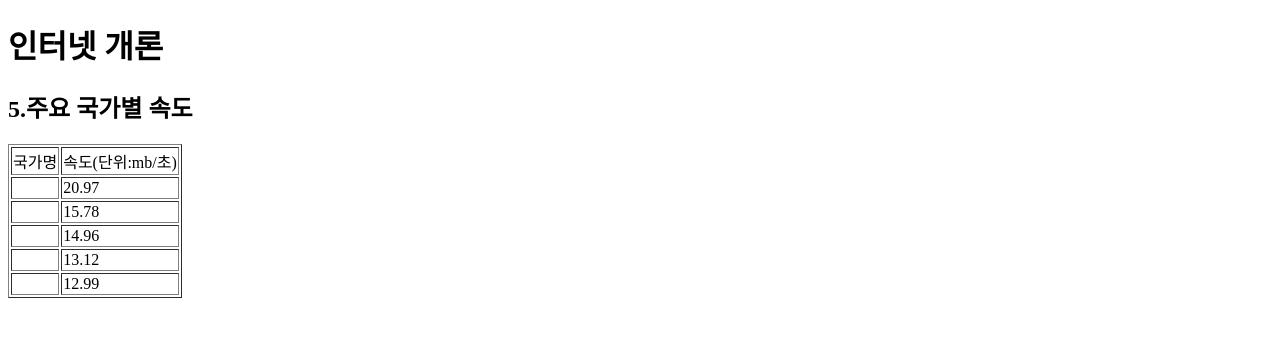
Repository: jeemaru/htme_01
Page: html_01/hw02/ex_03.html
An editor plug-in stored every save of this project. The page is shown before and after the next save, followed by the edit.
The browser window is 1280 px wide. The pictures show the whole page.

Above is the page before, as saved 2022-04-05 09:27:48.

### html_01/hw02/ex_03.html
<!DOCTYPE html>

<html>

	<head>
		<meta charset="UTF-8">
		<title>Insert title here</title>
	</head>

	<body>
		<h1>인터넷 개론</h1>

		<h2>5.주요 국가별 속도</h2>

		<table border="1">
			<tr>
				<td>국가명</td>
				<td>속도(단위:mb/초)</td>
			</tr>
			<tr>
				<td></td>
				<td>20.97</td>
			</tr>
			<tr>
				<td></td>
				<td>15.78</td>
			</tr>
			<tr>
				<td></td>
				<td>14.96</td>
			</tr>
			<tr>
				<td></td>
				<td>13.12</td>
			</tr>
			<tr>
				<td></td>
				<td>12.99</td>
			</tr>
		</table>
	</body>
</html>

After the next save:
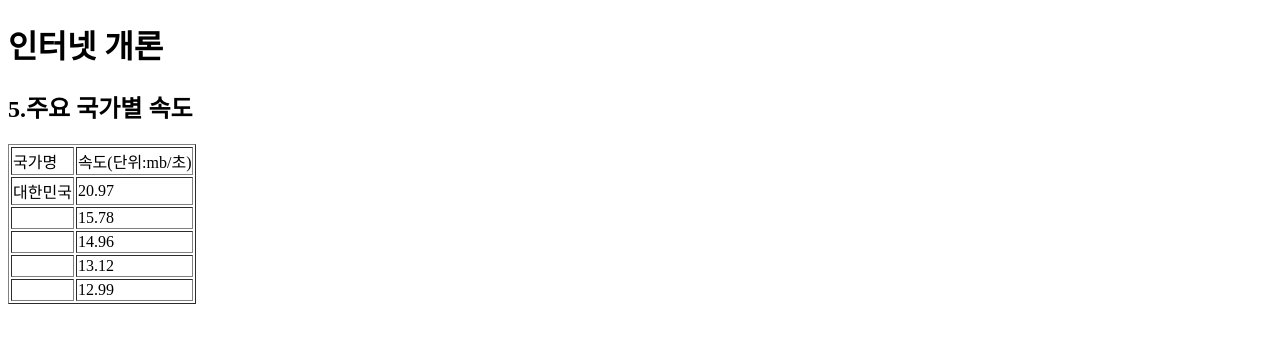
Saved 71 s later.
--- a/html_01/hw02/ex_03.html
+++ b/html_01/hw02/ex_03.html
@@ -18,7 +18,7 @@
 				<td>속도(단위:mb/초)</td>
 			</tr>
 			<tr>
-				<td></td>
+				<td img src="./flagimg/대한민국.jpg">대한민국</td>
 				<td>20.97</td>
 			</tr>
 			<tr>
